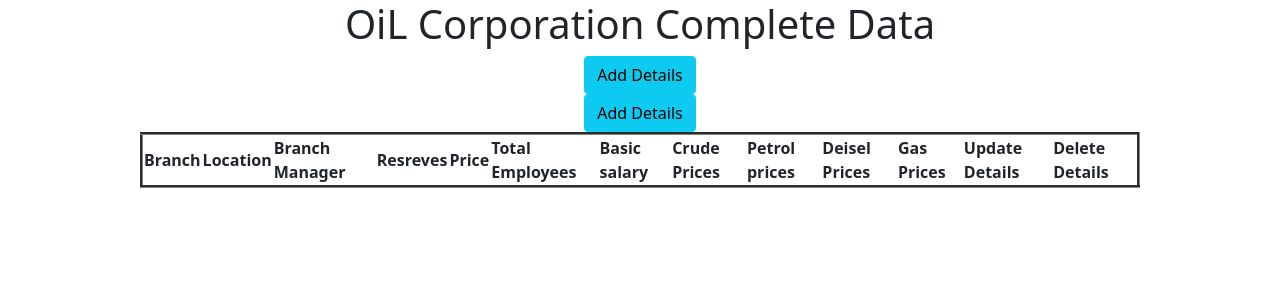
Repository: veerrajuMareddi/demo
Page: http://localhost/OilCorporation/views/result.jsp
The author's editor kept a copy of each file at every save. The page is drawn from the files as they stood at one save, then again after the next save.
The browser window is 1280 px wide. The pictures show the whole page.
The page is served by Tomcat 9. Other server files are loaded and not shown. The template is opened directly, without the code that normally fills it, so the values that code supplies are empty.

Above is the page before, as saved 2022-05-03 13:48:59.

### OilCorporation/src/main/webapp/views/result.jsp

<%@ page language="java" contentType="text/html; charset=ISO-8859-1"
pageEncoding="ISO-8859-1"%>
<%@ taglib uri="http://www.springframework.org/tags/form" prefix="form"%>
<%@taglib prefix="c" uri="http://java.sun.com/jsp/jstl/core"%>
<!DOCTYPE html>
<html>
<head>
<link
	href="https://cdn.jsdelivr.net/npm/bootstrap@5.1.3/dist/css/bootstrap.min.css"
	rel="stylesheet"
	integrity="sha384-1BmE4kWBq78iYhFldvKuhfTAU6auU8tT94WrHftjDbrCEXSU1oBoqyl2QvZ6jIW3"
	crossorigin="anonymous">
	<script
	src="https://cdn.jsdelivr.net/npm/bootstrap@5.1.3/dist/js/bootstrap.bundle.min.js"
	integrity="sha384-ka7Sk0Gln4gmtz2MlQnikT1wXgYsOg+OMhuP+IlRH9sENBO0LRn5q+8nbTov4+1p"
	crossorigin="anonymous"></script>
<meta charset="ISO-8859-1">
<title>Insert title here</title>
</head>
<body>
<center>
<h1>OiL Corporation Complete Data</h1>
<a class="btn btn-info" href="/src/callsave">Add Details</a>

<br>
<table border="3" style="width:1000px" style="text-align:center">

<tr>
<th>Branch</th>
<th>Location</th>
<th>Branch Manager</th>
<th>Resreves</th>
<th>Price</th>
<th>Total Employees</th>
<th>Basic salary</th>
<th>Crude Prices</th>
<th>Petrol prices</th>
<th>Deisel Prices</th>

<th>Gas Prices</th>
<th>Update Details </th>
<th>Delete Details</th>
</tr>
<c:forEach var="emp" items="${oilCorp}" >
<tr>


<c:url var="deleteLink" value="/src/deleteById">
								<c:param name="Id" value="${emp.branch}" />
							</c:url>

<c:url var="updateLink" value="/src/update">
								<c:param name="Id" value="${emp.branch}" />
							</c:url>
<center>
<td>${emp.branch}</td>
<td>${emp.location}</td>
<td>${emp.branchManager}</td>
<td>${emp.oilReserves}</td>
<td>${emp.barrelPrice}</td>
<td>${emp.emp.toatalEmployees}</td>
<td>${emp.emp.salary}</td>
<td>${emp.prices.crudePrice}</td>
<td>${emp.prices.petrolPrice}</td>
<td>${emp.prices.dieselPrice}</td>
<td>${emp.prices.gasPrice}</td>
<td><a href="${updateLink}" class="btn btn-info">Update</a></td>
<td><a href="${deleteLink}" class="btn btn-danger">delete</a></td>
</center>
</tr>
</c:forEach>
<a class="btn btn-info" href="/src/callsave">Add Details</a>

</table>
</center>

</body>
</html>

After the next save:
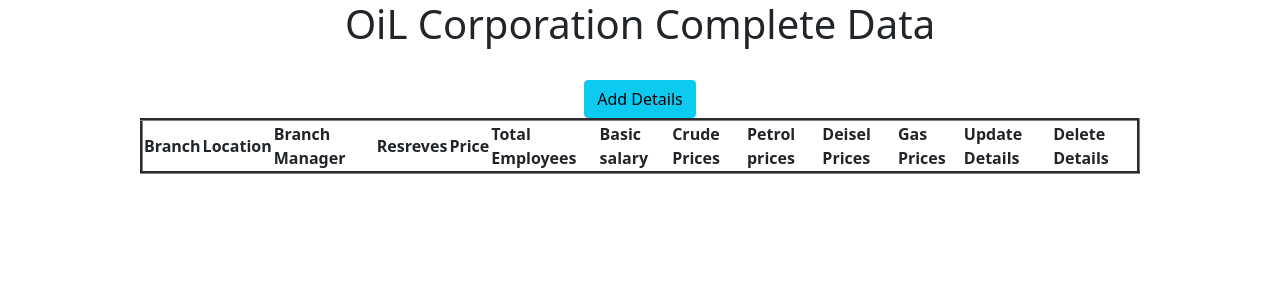
Saved 24 s later.
--- a/OilCorporation/src/main/webapp/views/result.jsp
+++ b/OilCorporation/src/main/webapp/views/result.jsp
@@ -21,7 +21,6 @@ pageEncoding="ISO-8859-1"%>
 <body>
 <center>
 <h1>OiL Corporation Complete Data</h1>
-<a class="btn btn-info" href="/src/callsave">Add Details</a>
 
 <br>
 <table border="3" style="width:1000px" style="text-align:center">
